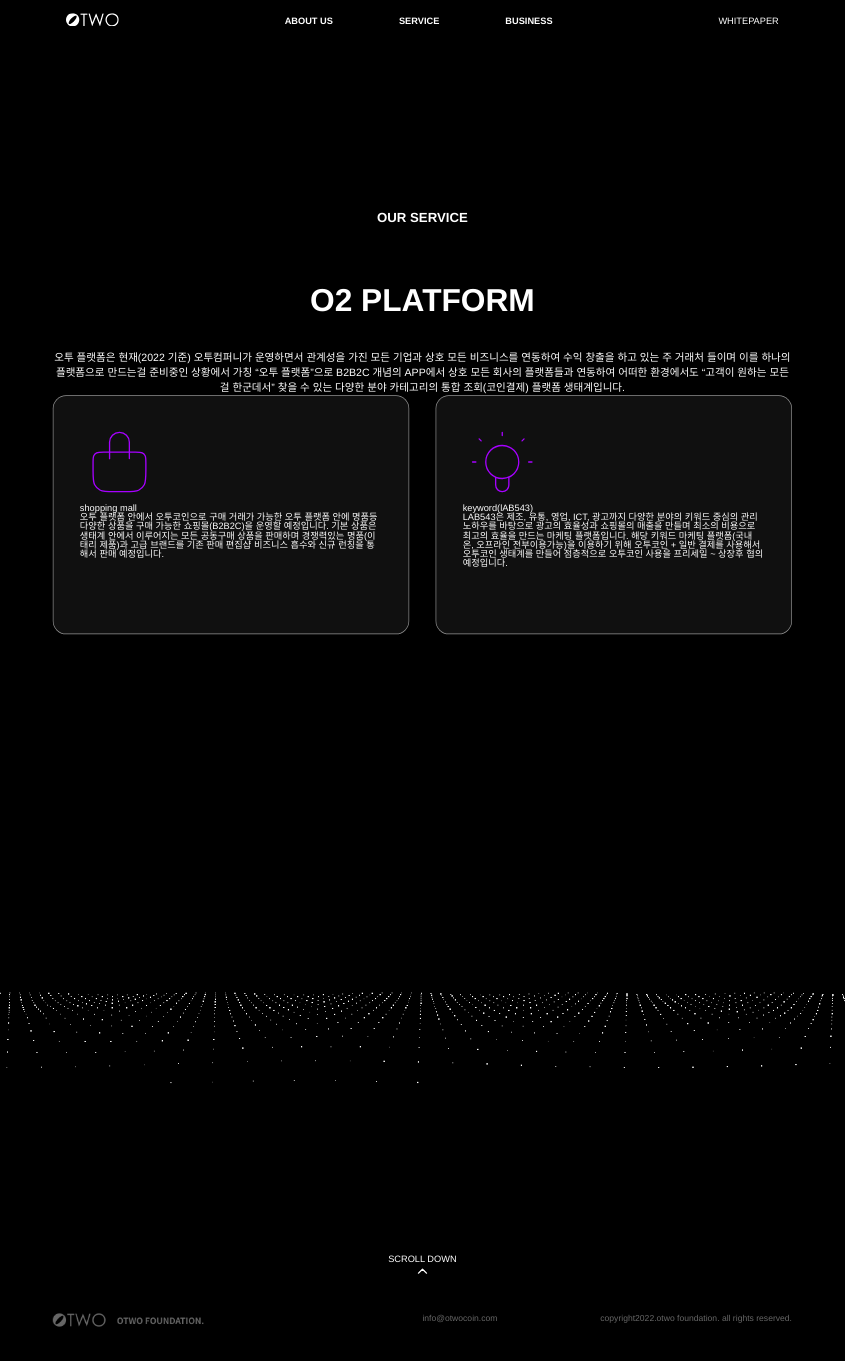
Repository: songhun115/Otwo
Page: service.html
These files come from the project's save history. The page is drawn as it stood at one moment and after the next save; the edit follows.
The browser window is 1280 px wide. The pictures show the whole page, at 66% of full size.

Above is the page before, as saved 2022-11-18 11:36:23.
Not found: js/three.js

### service.html
<!DOCTYPE html>
<html lang="en">

<head>
    <meta charset="UTF-8">
    <meta http-equiv="X-UA-Compatible" content="IE=edge">
    <meta name="viewport" content="width=device-width, initial-scale=1.0">
    <link rel="stylesheet" href="css/reset.css">
    <link rel="stylesheet" href="css/content.css">
    <link rel="preconnect" href="https://fonts.googleapis.com">
    <link rel="preconnect" href="https://fonts.gstatic.com" crossorigin>
    <link href="https://fonts.googleapis.com/css2?family=Noto+Sans+KR:wght@300;400;500;700;900&display=swap"
        rel="stylesheet">
    <link rel="stylesheet" href="https://cdn.jsdelivr.net/npm/swiper/swiper-bundle.min.css" />
    <script src="https://cdnjs.cloudflare.com/ajax/libs/jquery/3.6.1/jquery.min.js"
        integrity="sha512-aVKKRRi/Q/YV+4mjoKBsE4x3H+BkegoM/em46NNlCqNTmUYADjBbeNefNxYV7giUp0VxICtqdrbqU7iVaeZNXA=="
        crossorigin="anonymous" referrerpolicy="no-referrer"></script>
    <script src="js/index.js"></script>
    <script src="js/three.js"></script>
    <script src="js/three.min.js"></script>
    <title>about</title>
</head>

<body>
    <div class="contaeiner">
        <header class="header">
            <nav class="nav-bar">
                <div class="logo">
                    <img src="img/logo-white.svg" alt="">
                </div>
                <ul class="nav-list">
                    <li class="nav-item">ABOUT US</li>
                    <li class="nav-item">SERVICE</li>
                    <li class="nav-item">BUSINESS</li>
                </ul>
                <div class="white-paper">
                    WHITEPAPER
                </div>
            </nav>
        </header>
        <section class="section overview">
            <h3>OUR SERVICE</h3>
            <h1>O2 PLATFORM</h1>
            <p>오투 플랫폼은 현재(2022 기준) 오투컴퍼니가 운영하면서 관계성을 가진 모든 기업과 상호 모든 비즈니스를 연동하여 수익 창출을 하고 있는
                주 거래처 들이며 이를 하나의 플랫폼으로 만드는걸 준비중인 상황에서 가칭 “오투 플랫폼”으로 B2B2C 개념의 APP에서 상호 모든 회사의 플랫폼들과 연동하여 어떠한 환경에서도 “고객이 원하는 모든걸 한군데서” 찾을 수 있는 다양한 분야 카테고리의 통합 조회(코인결제) 플랫폼 생태계입니다.</p>

        </section>
     <section class="service-platform-list">
        <ul class="platform-list">
            <li class="platform-item">
                <div class="platform-img">
                    <img src="img/shoping.svg" alt="">
                </div>
                <div class="platform-category">shopping mall</div>
                <div class="platform-con">오투 플랫폼 안에서 오투코인으로 구매 거래가 가능한 오투 플랫폼 안에 명품등 다양한 상품을 구매 가능한 쇼핑몰(B2B2C)을 운영할 예정입니다.
                    기본 상품은 생태계 안에서 이루어지는 모든 공동구매 상품을 판매하며 경쟁력있는 명품(이태리 제품)과 고급 브랜드를 기존 판매 편집샵 비즈니스 흡수와 신규 런칭을 통해서 판매 예정입니다. </div>
            </li>
            <li class="platform-item">
                <div class="platform-img">
                    <img src="img/keywrod.svg" alt="">
                </div>
                <div class="platform-category">keyword(lAB543)</div>
                <div class="platform-con">LAB543은 제조, 유통, 영업, ICT, 광고까지 다양한 분야의 키워드 중심의 관리 노하우를 바탕으로 광고의 효율성과 쇼핑몰의 매출을 만들며 최소의 비용으로 최고의 효율을 만드는 마케팅 플랫폼입니다.
                    해당 키워드 마케팅 플랫폼(국내 온, 오프라인 전부이용가능)을 이용하기 위해 오투코인 + 일반 결제를 사용해서 오투코인 생태계를 만들어 점층적으로 오투코인 사용을 프리세일 ~ 상장후 협의 예정입니다. </div>
            </li>
        </ul>
     </section>

    </div>


    <div class="contaeiner-two">


        </div>
        <div id="canvas">
            <div class="scroll-up ">
                <p>SCROLL DOWN</p>
                <img src="img/chevron-up.svg" alt="">
            </div>

        </div>
        <script>
            window.addEventListener("DOMContentLoaded", () => {
            const w = window.innerWidth;
            const h = window.innerHeight / 2;
            const dpr = window.devicePixelRatio;

            const fov = 60;
            const fovRad = (fov / 2) * (Math.PI / 180);
            const dist = h / 2 / Math.tan(fovRad);

            const clock = new THREE.Clock();
            const particles = 5000;
            const pointSize = 2.5;

            const renderer = new THREE.WebGLRenderer();
            renderer.setSize(w, h);
            renderer.setClearColor(new THREE.Color(0x000000), 1.0);
            renderer.setPixelRatio(dpr);

            const container = document.getElementById("canvas");
            container.appendChild(renderer.domElement);

            const camera = new THREE.PerspectiveCamera(fov, w / h, 1, dist * 2);
            camera.position.x = 0;
            camera.position.y = 0;
            camera.position.z = 10;

            const scene = new THREE.Scene();

            const geo = new THREE.BufferGeometry();
            let positions = [];
            let x, y, z;

            const width = 400 * (w / h);

            const depth = 400;
            const distance = 10;

            for (let x = 0; x < width; x += distance) {
              for (let z = 0; z < depth; z += distance) {
                positions.push(-width / 2 + x, -30, -depth / 2 + z);
              }
            }
            let positionAttribute = new THREE.Float32BufferAttribute(positions, 3);
            geo.addAttribute("position", positionAttribute);

            const mat = new THREE.ShaderMaterial({
              uniforms: {
                u_time: {
                  value: 0.0
                }
              },
              vertexShader: `
              #define M_PI 3.1415926535897932384626433832795

              precision mediump float;
              uniform float u_time;
              void main() {
                vec3 p = position;
                p.y += (
                  cos(p.x / M_PI * 8.0 + u_time * 2.0) +
                  sin(p.z / M_PI * 8.0 + u_time * 2.0)
                );
                gl_PointSize = 1.5;
                gl_Position = projectionMatrix * modelViewMatrix * vec4(p, 1.0);
              }
              `,
              fragmentShader: `
              precision mediump float;
              void main() {
                gl_FragColor = vec4(1.0, 1.0, 1.0, 1.0);
              }
              `
            });

            const mesh = new THREE.Points(geo, mat);
            scene.add(mesh);

            render();

            function render() {
              const time = clock.getElapsedTime();
              mesh.material.uniforms.u_time.value = time;
              renderer.render(scene, camera);
              requestAnimationFrame(render);
            }
          });
          </script>
          <footer class="footer">
            <div class="footer-left">
                <img src="img/footer-left.png" alt="">
            </div>
            <div class="footer-right">
                <p>info@otwocoin.com</p>
                <p>copyright2022.otwo foundation. all rights reserved.</p>
            </div>
        </footer>
</body>

</html>

### css/reset.css
html, body, div, span, applet, object, iframe,
h1, h2, h3, h4, h5, h6, p, blockquote, pre,
a, abbr, acronym, address, big, cite, code,
del, dfn, em, img, ins, kbd, q, s, samp,
small, strike, strong, sub, sup, tt, var,
b, u, i, center,
dl, dt, dd, ol, ul, li,
fieldset, form, label, legend,
table, caption, tbody, tfoot, thead, tr, th, td,
article, aside, canvas, details, embed,
figure, figcaption, footer, header, hgroup,
menu, nav, output, ruby, section, summary,
time, mark, audio, video {
	margin: 0;
	padding: 0;
	border: 0;
	font-size: 100%;
	font: inherit;
	vertical-align: baseline;

}
/* HTML5 display-role reset for older browsers */
article, aside, details, figcaption, figure,
footer, header, hgroup, menu, nav, section {
	display: block;
}
body {
	line-height: 1;
  overflow-x: hidden;
  overflow-y: scroll;
}
ol, ul {
	list-style: none;
}
blockquote, q {
	quotes: none;
}
blockquote:before, blockquote:after,
q:before, q:after {
	content: '';
	content: none;
}
table {
	border-collapse: collapse;
	border-spacing: 0;
}
a,span{display: inline-block;}
body{font-family: 'Noto Sans KR', sans-serif; color: #fff;}
section h1 {font-size: 48px; line-height: 70px; color:#fff; font-weight: 700;}
section p {line-height: 23px; font-weight: 400; font-size: 16px;}
h2{font-size: 32px; font-weight: 700; line-height: 46px;}


html,
body {
  position: relative;
  height: 100%;
}

body {
  background: #eee;
  font-family: Helvetica Neue, Helvetica, Arial, sans-serif;
  font-size: 14px;
  color: #000;
  margin: 0;
  padding: 0;
}

.swiper {
  width: 100%;
  height: 100%;
}

.swiper-slide {
  text-align: center;
  font-size: 18px;


  /* Center slide text vertically */
  display: -webkit-box;
  display: -ms-flexbox;
  display: -webkit-flex;
  display: flex;
  -webkit-box-pack: center;
  -ms-flex-pack: center;
  -webkit-justify-content: center;
  justify-content: center;
  -webkit-box-align: center;
  -ms-flex-align: center;
  -webkit-align-items: center;
  align-items: center;
}

.swiper-slide img {
  display: block;
  width: 100%;
  height: 100%;
  object-fit: cover;
}
.service-swiper{ overflow: inherit !important; max-width: 1120px !important;}

### css/content.css
.intro{height: 100vh;}
canvas{    position: absolute; left: 0; top: 0; z-index: -1;}
.contaeiner{max-width: 1120px; margin: 0 auto;}
.contaeiner-two{max-width: 1120px; margin: 0 auto;}
body{background-color: #000; color: #fff;}
/*! 헤더  */
.header{position: absolute; left: 50%; top: 0; transform: translateX(-50%); width: 100%; max-width: 1120px; margin: 0 auto;  z-index: 11;}
.nav-bar{display: flex; justify-content: space-between; align-items: center; padding: 20px;}
.nav-list{display: flex; align-items: center;}
.nav-item{padding:0 50px; font-weight: 700;font-size: 14px;line-height: 20px; cursor: pointer;}
/*!메인페이지   */
.intro{position: relative;}
.intro-box{display: flex; flex-direction: column; align-items: center; justify-content: center; text-align: center; width: 100%;height: 100%;}
.pur-button{border: 1px solid #A600FF;border-radius: 50px; display: flex;flex-direction: row;justify-content: center;align-items: center;gap: 10px; transition: 0.3s; width: 216px;height: 45px; cursor: pointer;}
.pur-button:hover{background-color: #A600FF; }
.pur-button:hover > button{color:#D9D9D9;}
.intro-box > p{padding: 40px 0 80px 0;}
.pur-button button{border: none;outline: none; color:#A600FF; background-color: transparent; font-weight: 700; font-size: 17px; line-height: 25px;}
.scroll-down{position: absolute; bottom: 50px; left: 50%; transform: translateX(-50%);}
.scroll-down > p {font-weight: 300; padding-bottom:7px; color: #fff; color: pu;}


/*! 메인 service */
.service{padding-top: 320px;}
.service-content{display: flex; justify-content: space-between; align-items: center;}
.service-left.service-right{width: 50%;}
.service-left > p,.business-box-left p{padding-top: 40px; font-size: 16px;}
.service-category-box{display: flex; flex-direction: column; justify-content: start; align-items: flex-start; text-align: left; padding-right: 40px; box-sizing: border-box;}
.service-category-box > h4 {font-size: 20px; line-height: 29px; font-weight: 400; margin:40px 0 20px 0;}
.service-category-box > p {font-size: 16px;}

.service-swiper{padding:120px 0 100px 0!important; box-sizing: border-box !important;}
.swiper-button-prev,
.swiper-button-next{top: 90% !important;  }
.swiper-button-prev{left:0 !important;}
.swiper-button-next{left: 64px !important;}
.swiper-button-next:after, .swiper-button-prev:after{content: "" !important;font-family: none !important;width: 20px !important;height: 20px !important;}
.swiper-button-next:after{background-image: url("../img/chevron-right.svg") !important;}
.swiper-button-prev:after{background-image: url("../img/chevron-left.svg") !important;}


  /*!메인 Business */
  .business{padding-top: 370px;}
  .business-box{display: flex; justify-content: space-between; align-items: center;}
  .business-box-left .pur-button{margin-top: 80px;}
  .business-box-left{width: 58%;}
  business-box-right{width: 42%;}
  .scroll-up{position: absolute;bottom: 0;left: 50%;transform: translateX(-50%);text-align: center;}
  #canvas{position: relative; height: 100%; max-height: 659px;}
  /* #canvas canvas{ height: 1000px !important;} */
  /* #canvas canvas{height: 1000px;} */
  /*! 푸터   */
  .footer{max-width: 1120px; margin: 0 auto; display: flex; justify-content: space-between; padding: 50px 0;}
  footer-left,
  .footer-right{width: 50%;}
  .footer-right{display: flex; justify-content: space-between; opacity: 0.4; font-size: 13px; line-height: 13px;}



  /*! 어바웃 */
  .canvas-one-wrap{position: relative; max-height: 659px; height: 100%;}
  .canvas-one{ top: 50%;left: 50%; transform: translate(-50%, -50%); margin-top: 100px; background-image: url(../img/logo-purple.png);background-repeat: no-repeat;background-position: center}
  .contaeiner-two{padding-top: 320px;}
  .overview{padding-top: 320px; text-align: center; }
  .overview > h3{font-weight: 700; font-size: 20px;}
  .our-values{text-align: center;}
  .our-values > h1{margin:80px 0 40px 0;}
  .overview > h1{margin:80px 0 40px 0}
  .our-values-list{display: flex; justify-content: space-between; padding-top: 120px;}
  .our-values-item{text-align: left;}
  .our-values-category {margin:20px 0 32px 0; font-size: 24px; font-weight: 600;}

  .advisor{padding-top: 480px;}
  .advisor > h2{margin: 80px 0 120px 0;}
  .member-info {padding:40px 40px 60px 40px; box-sizing: border-box;}
  .advisor-member-list{    display: grid;grid-template-columns: repeat(3,1fr);gap: 40px}
  .advisor-member-item{background: #252525; border-radius: 20px; }
  .member-name{font-size: 20px; font-weight: 700;}
  .member-info > div{display: flex; align-items: center; justify-content: space-between; margin-top: 5px;}
  .member-photo img{ width: 100%;}
  .more-button{    max-width: 216px;margin: 120px auto;}
  .advisor-member-item-more{display: none;}
  .advisor-member-item-more.show{display: block;}

  /*!서비스  */
  .platform-list{ display: grid;grid-template-columns: repeat(2,1fr);gap: 40px}
  .platform-item{ background: #101010; border: 0.5px solid rgba(235, 235, 235, 0.6); border-radius: 20px; padding:40px 40px 100px 40px}

### js/index.js
$(document).ready(function () {
    $('.more-button').click(function () {
        $('.advisor-member-item-more').addClass('show');
    });
});

### img/shoping.svg
<svg width="120" height="120" viewBox="0 0 120 120" fill="none" xmlns="http://www.w3.org/2000/svg">
<path d="M45 55V30C45 21.7157 51.7157 15 60 15C68.2843 15 75 21.7157 75 30V54.8363M52 105H68C79.2011 105 84.8016 105 89.0798 102.82C92.8431 100.903 95.9027 97.8431 97.8201 94.0798C100 89.8016 100 84.2011 100 73V61C100 55.3995 100 52.5992 98.9101 50.4601C97.9513 48.5785 96.4215 47.0487 94.5399 46.0899C92.4008 45 89.6005 45 84 45H36C30.3995 45 27.5992 45 25.4601 46.0899C23.5785 47.0487 22.0487 48.5785 21.0899 50.4601C20 52.5992 20 55.3995 20 61V73C20 84.201 20 89.8016 22.1799 94.0798C24.0973 97.8431 27.1569 100.903 30.9202 102.82C35.1984 105 40.7989 105 52 105Z" stroke="#A600FF" stroke-width="2" stroke-linecap="round" stroke-linejoin="round"/>
</svg>

Loaded but not shown: js/three.min.js (library)

After the next save:
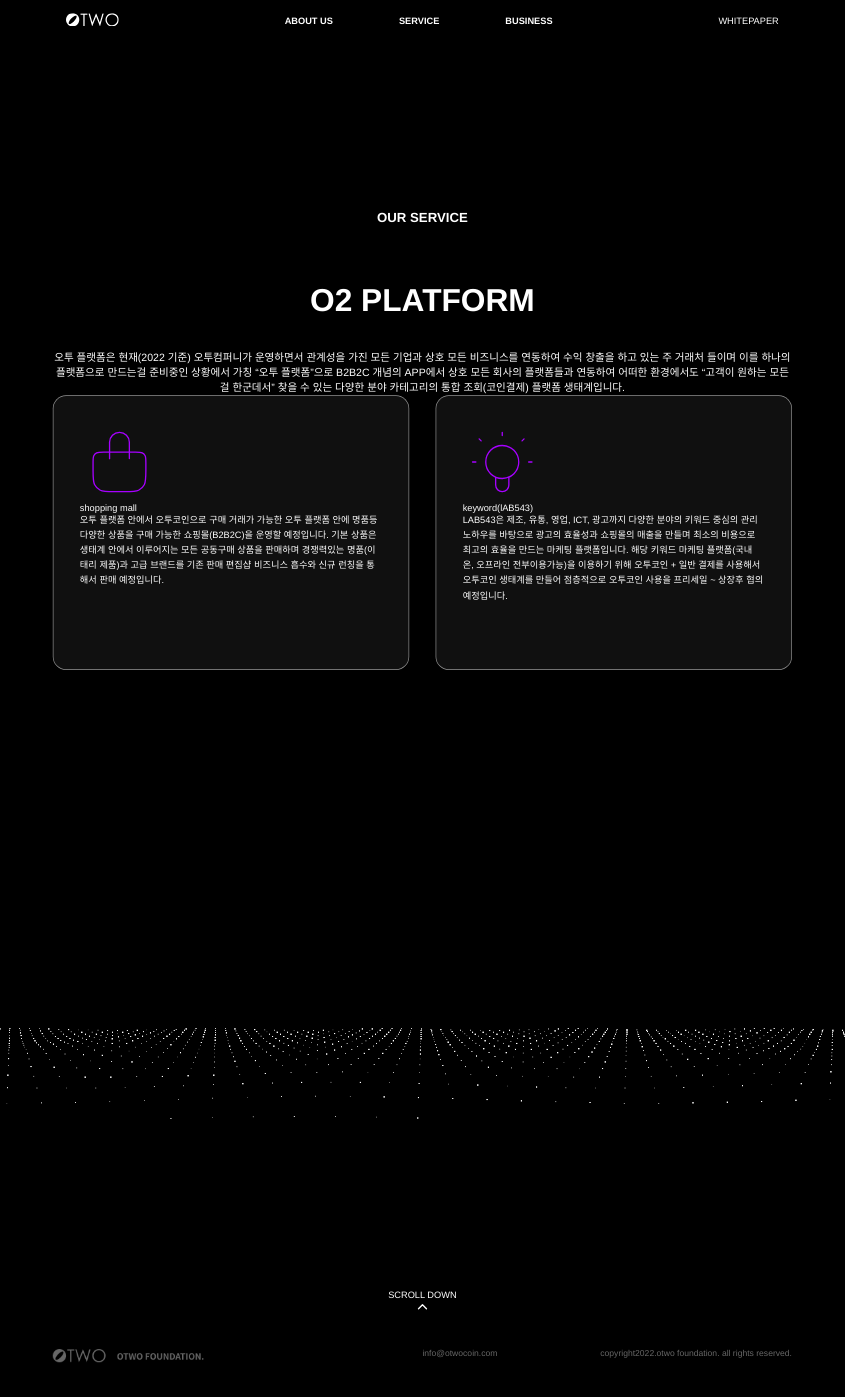
Saved 29 s later.
--- a/css/content.css
+++ b/css/content.css
@@ -85,3 +85,4 @@
   /*!서비스  */
   .platform-list{ display: grid;grid-template-columns: repeat(2,1fr);gap: 40px}
   .platform-item{ background: #101010; border: 0.5px solid rgba(235, 235, 235, 0.6); border-radius: 20px; padding:40px 40px 100px 40px}
+  .platform-con{line-height: 23px;}
